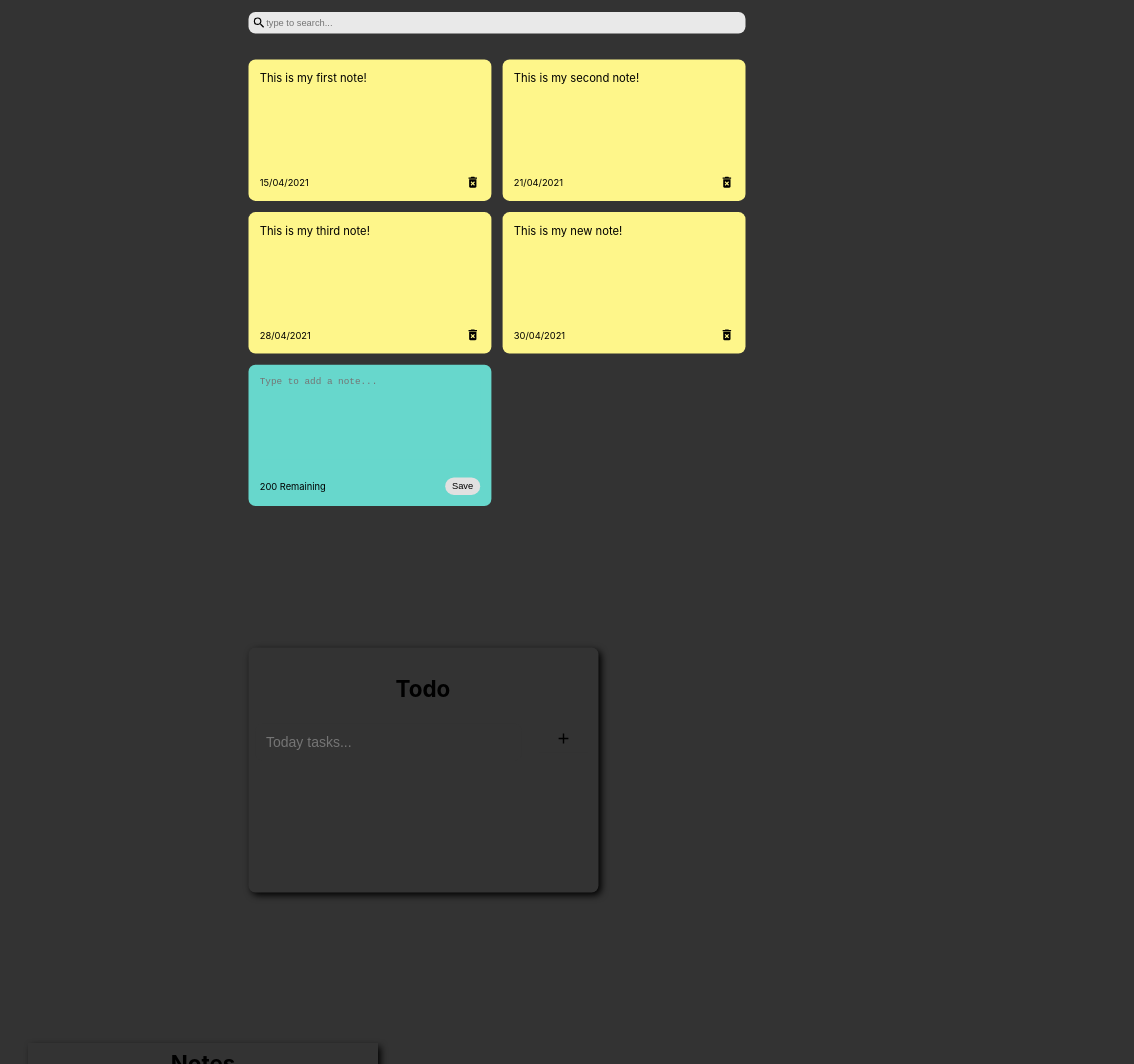
Repository: subhamRsahoo/note
Page: /
These files come from the project's save history. The page is drawn as it stood at one moment and after the next save; the edit follows.
The browser window is 1280 px wide. The page is 1620 px wide, so the pictures cover 1620 px, including what lies to the right of the window. The pictures show the part of the page from y = 0 to 1520 px (the page is 2346 px tall before and 2099 px after), at 70% of full size.
The project was rebuilt for these pictures with package versions that can differ from the ones it lists, and the page was loaded fresh each time.

Above is the page before, as saved 2021-07-15 17:33:04.

### public/index.html
<!DOCTYPE html>
<html lang="en">
  <head>
    <meta charset="utf-8" />
    <link rel="icon" href="%PUBLIC_URL%/favicon.ico" />
    <meta name="viewport" content="width=device-width, initial-scale=1" />
    <meta name="theme-color" content="#000000" />
    <meta
      name="description"
      content="Web site created using create-react-app"
    />
    <link rel="apple-touch-icon" href="%PUBLIC_URL%/logo192.png" />
    <link rel="manifest" href="%PUBLIC_URL%/manifest.json" />


    <!-- <link rel="stylesheet" href="https://cdnjs.cloudflare.com/ajax/libs/font-awesome/5.15.3/css/font-awesome.min.css"/> -->

    <!-- <link rel="stylesheet" href="https://bootswatch.com/4/materia/bootstrap.com"/> -->

    <title>React App</title>
  </head>
  <body>
    <noscript>You need to enable JavaScript to run this app.</noscript>
    <div id="root"></div>
  </body>
</html>

### src/App.js
import React from 'react'
import Hub from './components/Hub';
import Hub1 from './components/aaaa/Hub1';
import A from './components/New folder/A';

function App() {
    return (
        <div>
            <A/>
            <Hub/>
            <Hub1/>
        </div>
    )
}

export default App

### src/components/Hub.js
import React , {useState , useEffect}from "react";
import Header from "./Header";
import Form from "./Form";
import TodoList from "./TodoList";
import './App.css';


const Hub = () => {
  const initalState = JSON.parse(localStorage.getItem("todos")) || [];
  const [input ,setInput] = useState("");
  const [todos ,setTodos] = useState(initalState);
  const [editTodo , setEditTodo] = useState(null);

  useEffect(() => {
    localStorage.setItem("todos" , JSON.stringify(todos))
  }, [todos]);
  return (
    <div className="container">
      <div className="app-wrapper">
        <div>
          <Header/>
        </div>
        <div>
          <Form
          input={input}
          setInput={setInput}
          todos={todos}
          setTodos={setTodos}
          editTodo={editTodo}
          setEditTodo={setEditTodo}
          />
        </div>
        <div>
          <TodoList todos={todos} setTodos={setTodos} setEditTodo={setEditTodo}/>
        </div>
      </div>
    </div>

  );
}

export default Hub;

### src/components/aaaa/Hub1.js
import React, { Component } from 'react';
import FormDataComponent from './components/form-data.component';
class  Hub1 extends Component {
  render() {
    return (
      <div >
        <FormDataComponent />
      </div>
    );
  }
}

export default Hub1;

### src/components/New folder/A.js
import React from 'react';
import './index.css';
import App from './App';


function A() {
    return (
        <div>
            <App />
        </div>
    )
}

export default A

### src/components/Header.js
import React from 'react'

function Header() {
    return (
        <div className="header">
            <h1>Todo</h1>
        </div>
    )
}

export default Header

### src/components/Form.js
import React , {useEffect} from 'react'
import {v4 as uuidv4} from "uuid";
import AddIcon from '@material-ui/icons/Add';

 const Form =({input , setInput , todos , setTodos , editTodo , setEditTodo }) => {
     const updateTodo = (title , id, completed) =>
     {
         const newTodo = todos.map((todo)=>

             todo.id === id ? {title,id, completed} : todo
         )
         setTodos(newTodo);
         setEditTodo("");
     }
     useEffect(() =>
     {
         if(editTodo)
         {
             setInput(editTodo.title);
         }else{
             setInput("")
         }
     }, [setInput , editTodo]);

     const onInputChange= (event) =>
     {
       setInput(event.target.value);
     };

     const onFormSubmit = (event) =>
     {
        event.preventDefault();
        if(!editTodo){
            setTodos([...todos , {id:uuidv4(), title: input , completed: false}]);
            setInput("");
        }else{
            updateTodo(input , editTodo.id , editTodo.completed)
        }
     }
    return (
       <form onSubmit={onFormSubmit}>
           <input type="text" placeholder="Today tasks... " className="task-input"
           value={input} required onChange={onInputChange} limit={3}/>
           <button type="submit" className="Add">
            <AddIcon/>
           </button>
       </form>
    )
}

export default Form

### src/components/TodoList.js
import React from 'react'
import DoneIcon from '@material-ui/icons/Done';
import EditIcon from '@material-ui/icons/Edit';
import DeleteIcon from '@material-ui/icons/Delete';

const TodoList = ({todos , setTodos , setEditTodo}) => {

    const handleDelete = ({id}) =>
    {
        setTodos(todos.filter((todo) => todo.id !== id));
    }

    const handleComplete = (todo) =>
    {
        setTodos(
            todos.map((item) => {
                if(item.id === todo.id){
                    return {...item , completed: !item.completed};
                }
                return item
            })
        )
    }

    const handleEdit =({id}) =>{
        const findTodo = todos.find((todo) => todo.id === id);
        setEditTodo(findTodo);
    };
    return (
        <div>
           {todos.map((todo) => (
               <li className="list-item"  key={todo.id}>
                   <input type="text"
                     value={todo.title}
                     className={`list ${todo.completed ? "complete" : "" }`}
                     onChange={(event)=> event.preventDefault()}
                   />
                   <div>
                       <button className="button-complete task-button" onClick={() => handleComplete(todo)}>
                          <i><DoneIcon/></i>
                       </button>
                       <button className="button-edit task-button" onClick={()=> handleEdit(todo)}>
                          <i><EditIcon/></i>
                       </button>
                       <button className="button-delete task-button"  onClick={()=> handleDelete(todo)}>
                          <i><DeleteIcon/></i>
                       </button>
                   </div>
               </li>
           ))}
        </div>
    );
}

export default TodoList;

### src/components/App.css
::-webkit-scrollbar {
  width: 9px;
}
::-webkit-scrollbar-thumb {
  background-color: #a8a8a8;
}
::-webkit-scrollbar-thumb:hover {
  background: #828282;
}
::-webkit-scrollbar-track {
  background: #cccccc;
}

body {
  font-family: -apple-system, BlinkMacSystemFont, 'Segoe UI', 'Roboto', 'Oxygen',
    'Ubuntu', 'Cantarell', 'Fira Sans', 'Droid Sans', 'Helvetica Neue',
    sans-serif;
  -webkit-font-smoothing: antialiased;
  -moz-osx-font-smoothing: grayscale;
  background: #333;
}

code {
  font-family: source-code-pro, Menlo, Monaco, Consolas, 'Courier New',
    monospace;
}


*
{
  margin: 0;
  padding: 0;
}

.container
{
  margin-top: 10px;
  width: 100%;
  min-height: 55vh;
  display: grid;
  justify-content: left;
  /* margin-left: 40px; */
  margin-right: 300px;
  align-items: center;
  position: relative;
  box-sizing: border-box;
  left: 40px;
}

.app-wrapper
{
  background-color: #333;
  width: 500px;
  min-height: 350px;
  padding: 10px;
  box-sizing: border-box;
  border-radius: 10px;
  box-shadow: 4px 4px 10px #000;
  /* margin-bottom: 150px; */

}

.header h1
{
  color: black;
  text-align: left;
  margin: 30px 0;
  margin-left: 200px;
}

.task-input
{
  outline: none;
  width: 350px;
  padding: 15px;
  margin-right: 25px;
  font-size: 20px;
  color: white;
  background-color: #333;
  border: none;
  border-radius: 10px;
}

.task-input:hover
{
  box-shadow: 6px 4px 10px #000;
}

.Add
{
  width: 70px;
  padding: 5px 5px;
  border: 0;
  cursor: pointer;
  border-style: transparent;
  background-color: #333;
}

.Add:hover
{
  border-radius: 10px;
  box-shadow: 6px 4px 10px #000;
}

.list-item
{
  display: flex;
  margin: 20px 0;
  border: none;
  border-radius: 10px;
  padding: 7px;
  max-height: 20px;
}

.list-item:hover
{
  box-shadow: 6px 4px 10px #000;
}

.button-complete,
.button-delete,
.button-edit
{
  border: none;
  outline: none;
  cursor: pointer;
  background-color: transparent;
  font-size: 20px;
  border-radius: 50%;
}

.button-complete
{
  color: #ff6c6c;
  margin-right: 10px;
  margin-left: 70px;
}

.button-edit
{
  color: #e2d029;
  margin-right: 10px;
}

.button-delete
{
  color: lightseagreen;
}

.complete
{
  text-decoration-style: solid;
  text-decoration-line: line-through;
  text-decoration-color: #ff6c6c;
  opacity: 0.6;
}

.list
{
  width: 250px;
  background-color: #333;
  border: none;
  color: wheat;
  font-size: 20px;
  padding-left: 10px;
  margin-right: 15px;
}

input:focus,
button:focus
{
  outline: none;
}

@media screen and (max-width:768px)
{
  .container
  {
    left : 120px;
  }
  .app-wrapper
  {

    min-width: 400px;
    min-height: 260px;
    /* margin-top: 15px; */
  }
}

@media screen and (max-width:540px)
{
  .container
  {
    left: 40px;
  }
}

@media screen and (max-width: 1020px)
{
  .app-wrapper
  {
    min-width: 200px;
    min-height: 260px;
    margin-top: 15px;
  }
}

### src/components/aaaa/components/form-data.component.js
import React, { Component } from 'react';
import './design.css';
export default class FormDataComponent extends Component {
    userData;

    constructor(props) {
        super(props);

        this.onChangeName = this.onChangeName.bind(this);
        this.onChangeName1 = this.onChangeName1.bind(this);
        this.onChangeName2 = this.onChangeName2.bind(this);
        this.onSubmit = this.onSubmit.bind(this);

        this.state = {
            name: '',
            name1: '',
            name2: ''
        }
    }

    // Form Values
    onChangeName(e) {
        this.setState({ name: e.target.value })
    }

    onChangeName1(e) {
        this.setState({ name1: e.target.value })
    }

    onChangeName2(e) {
        this.setState({ name2: e.target.value })
    }


    // React Life Cycle
    componentDidMount() {
        this.userData = JSON.parse(localStorage.getItem('user'));

        if (localStorage.getItem('user')) {
            this.setState({
                name: this.userData.name,
                name1: this.userData.name1,
                name2: this.userData.name2
            })
        } else {
            this.setState({
                name: '',
                name1: '',
                name2: ''
            })
        }
    }

    componentWillUpdate(nextProps, nextState) {
        localStorage.setItem('user', JSON.stringify(nextState));
    }

    onSubmit(e) {
        e.preventDefault()
        console.log(this.state.props)
    }


    render() {
        return (

                <form className="form" onSubmit={this.onSubmit}>
                    <div className="contain">
                        <h1>Notes</h1>
                        <textarea type="text" placeholder="let's grow in life..." className="text1" value={this.state.name} onChange={this.onChangeName} />
                        {/* <button type="submit" className="btn1">Save</button> */}
                    </div>


                    <div className="contain1">
                        <h2>WHAT I LEARNED FROM TODAY?</h2>
                        <textarea type="text" placeholder="What i learned from today noenough for Tomorrow" className="text2" value={this.state.name1} onChange={this.onChangeName1} />
                        {/* <button type="submit" className="btn2">Save</button> */}
                    </div>

                    <div className="contain2">
                        <h2>HOW CAN I MAKE TOMORROW BETTER?</h2>
                        <textarea type="text" placeholder="let's change the lifestyle" className="text3" value={this.state.name2} onChange={this.onChangeName2} />
                        {/* <button type="submit" className="btn3">Save</button> */}
                    </div>
                </form>

        )
    }
}

### src/components/New folder/index.css
body {
	margin: 0;
	font-family: -apple-system, BlinkMacSystemFont, 'Segoe UI',
		'Roboto', 'Oxygen', 'Ubuntu', 'Cantarell', 'Fira Sans',
		'Droid Sans', 'Helvetica Neue', sans-serif;
	-webkit-font-smoothing: antialiased;
	-moz-osx-font-smoothing: grayscale;
}

code {
	font-family: source-code-pro, Menlo, Monaco, Consolas,
		'Courier New', monospace;
}

.header {
	display: flex;
	align-items: center;
	justify-content: space-between;
}

.dark-mode {
	background-color: black;
}

.dark-mode h1 {
	color: white;
}

.container {
	min-width: 1260px;
	/* margin-right: auto; */
	margin-left: 300px;
	padding-right: 15px;
	padding-left: 15px;
	min-height: 100vh;
}

.notes-list {
	display: grid;
	grid-gap: 1rem;
	grid-template-columns: repeat(
		auto-fill,
		minmax(250px, 1fr)
	);
}

.note.new {
	background-color: #67d7cc;
}

textarea {
	border: none;
	resize: none;
	background-color: #67d7cc;
}

textarea:focus {
	outline: none;
}

.save {
	background-color: #e1e1e1;
	border: none;
	border-radius: 15px;
	padding: 5px 10px 5px 10px;
}

.save:hover {
	background-color: #ededed;
	cursor: pointer;
}

.note {
	background-color: #fef68a;
	border-radius: 10px;
	padding: 1rem;
	min-height: 170px;
	display: flex;
	flex-direction: column;
	justify-content: space-between;
	white-space: pre-wrap;
}

.note-footer {
	display: flex;
	align-items: center;
	justify-content: space-between;
}

.delete-icon {
	cursor: pointer;
}

.search {
	display: flex;
	align-items: center;
	background-color: rgb(233, 233, 233);
	width: 700px;
	border-radius: 10px;
	padding: 5px;
	margin-bottom: 1.5em;
}

.search input {
	border: none;
	background-color: rgb(233, 233, 233);
	width: 100%;
}

.search input:focus {
	outline: none;
}

### src/components/New folder/App.js
import { useState, useEffect } from 'react';
import { nanoid } from 'nanoid';
import NotesList from './components/NotesList';
import Search from './components/Search';

const App = () => {
	const [notes, setNotes] = useState([
		{
			id: nanoid(),
			text: 'This is my first note!',
			date: '15/04/2021',
		},
		{
			id: nanoid(),
			text: 'This is my second note!',
			date: '21/04/2021',
		},
		{
			id: nanoid(),
			text: 'This is my third note!',
			date: '28/04/2021',
		},
		{
			id: nanoid(),
			text: 'This is my new note!',
			date: '30/04/2021',
		},
	]);

	const [searchText, setSearchText] = useState('');

	useEffect(() => {
		const savedNotes = JSON.parse(
			localStorage.getItem('react-notes-app-data')
		);

		if (savedNotes) {
			setNotes(savedNotes);
		}
	}, []);

	useEffect(() => {
		localStorage.setItem(
			'react-notes-app-data',
			JSON.stringify(notes)
		);
	}, [notes]);

	const addNote = (text) => {
		const date = new Date();
		const newNote = {
			id: nanoid(),
			text: text,
			date: date.toLocaleDateString(),
		};
		const newNotes = [...notes, newNote];
		setNotes(newNotes);
	};

	const deleteNote = (id) => {
		const newNotes = notes.filter((note) => note.id !== id);
		setNotes(newNotes);
	};

	return (
		<div >
			<div className='container'>
				<Search handleSearchNote={setSearchText} />
				<NotesList
					notes={notes.filter((note) =>
						note.text.toLowerCase().includes(searchText)
					)}
					handleAddNote={addNote}
					handleDeleteNote={deleteNote}
				/>
			</div>
		</div>
	);
};

export default App;

### src/components/aaaa/components/design.css
.form
{
    width: 100%;
    height: 250px;
    display: grid;
    margin: 0;
    padding: 0;
}


.contain
{
    display: grid;
    width: 500px;
    left: 40px;
    top: 30px;
    bottom: 10px;
    box-shadow: 4px 4px 10px #000;
    position: relative;
    box-sizing: border-box;

}

.text1
{
    margin-top: 10px;
   width: 400px;
   height: 197px;
   margin-left: 40px;
   background-color: #333;
   border-style: none;
   color: white;
   border-style: none;
   font-size: 20px;
   margin-bottom: 20px;
}

.text1:hover
{
    box-shadow: 4px 4px 10px #000;
}

.contain h1
{
    margin-top: 10px;
   text-align: center;
}

/* .btn1
{
    background-color: #333;
    margin-left: 70px;
    text-decoration-color: white;
    border-style: none;
    color: white;
    cursor: pointer;
    margin-bottom: 10px;
    padding: 8px 8px;
    border-radius: 10px;
}

.btn1:hover
{
    box-shadow: 4px 4px 10px #000;
    padding: 8px 8px;
} */


.contain1
{
    width: 500px;
    top: 50px;
    left: 40px;
    box-shadow: 4px 4px 10px #000;
    position: relative;
    box-sizing: content-box;
    display: grid;
}

.text2
{
    margin-top: 10px;
    width: 400px;
    height: 197px;
    margin-left: 40px;
    background-color: #333;
    border-style: none;
    color: white;
    border-style: none;
    font-size: 20px;
    margin-bottom: 20px;
}

.text2:hover
{
    box-shadow: 4px 4px 10px #000;
}


.contain1 h2
{
    margin-top: 10px;
   text-align: center;
}

/* .btn2
{
    background-color: #333;
    margin-left: 70px;
    text-decoration-color: white;
    border-style: none;
    color: white;
    cursor: pointer;
    margin-bottom: 10px;
    padding: 8px 8px;
    border-radius: 10px;
}

.btn2:hover
{
    box-shadow: 4px 4px 10px #000;
    padding: 8px 8px;
} */

.contain2
{
   width: 500px;
    margin-top: 620px;
    margin-left: 40px;
    /* bottom: 630px; */
    box-shadow: 4px 4px 10px #000;
    position: absolute;
    box-sizing:border-box;
    display: grid;
}

.text3
{
    margin-top: 10px;
    width: 400px;
    height: 197px;
    margin-left: 40px;
    background-color: #333;
    border-style: none;
    color: white;
    border-style: none;
    font-size: 20px;
    margin-bottom: 20px;
}

.text3:hover
{
    box-shadow: 4px 4px 10px #000;
}


.contain2 h2
{
    margin-top: 10px;
   text-align: center;
}

/* .btn3
{
    background-color: #333;
    margin-left: 70px;
    text-decoration-color: white;
    border-style: none;
    color: white;
    cursor: pointer;
    margin-bottom: 10px;
    padding: 8px 8px;
    border-radius: 10px;
}

.btn3:hover
{
    box-shadow: 4px 4px 10px #000;
    padding: 8px 8px;
} */

@media screen and (max-width:768px)
{
    .contain
    {
        left: 80px;
    }
    .contain1
    {
        left: 80px;
    }
    .contain2
    {
        left: 80px;
    }
}

@media screen and (max-width: 540px)
{
    .contain
    {
        left: 0;
    }
    .contain1
    {
        left: 0px;
    }
    .contain2
    {
        left: 0px;
    }
}

### src/components/New folder/components/AddNote.js
import { useState } from 'react';

const AddNote = ({ handleAddNote }) => {
	const [noteText, setNoteText] = useState('');
	const characterLimit = 200;

	const handleChange = (event) => {
		if (characterLimit - event.target.value.length >= 0) {
			setNoteText(event.target.value);
		}
	};

	const handleSaveClick = () => {
		if (noteText.trim().length > 0) {
			handleAddNote(noteText);
			setNoteText('');
		}
	};

	return (
		<div className='note new'>
			<textarea
				rows='8'
				cols='10'
				placeholder='Type to add a note...'
				value={noteText}
				onChange={handleChange}
			></textarea>
			<div className='note-footer'>
				<small>
					{characterLimit - noteText.length} Remaining
				</small>
				<button className='save' onClick={handleSaveClick}>
					Save
				</button>
			</div>
		</div>
	);
};

export default AddNote;

Loaded but not shown: src/index.js (common file); src/components/New folder/components/NotesList.js (common file); src/components/New folder/components/Search.js (common file); src/components/New folder/components/Note.js (common file)

After the next save:
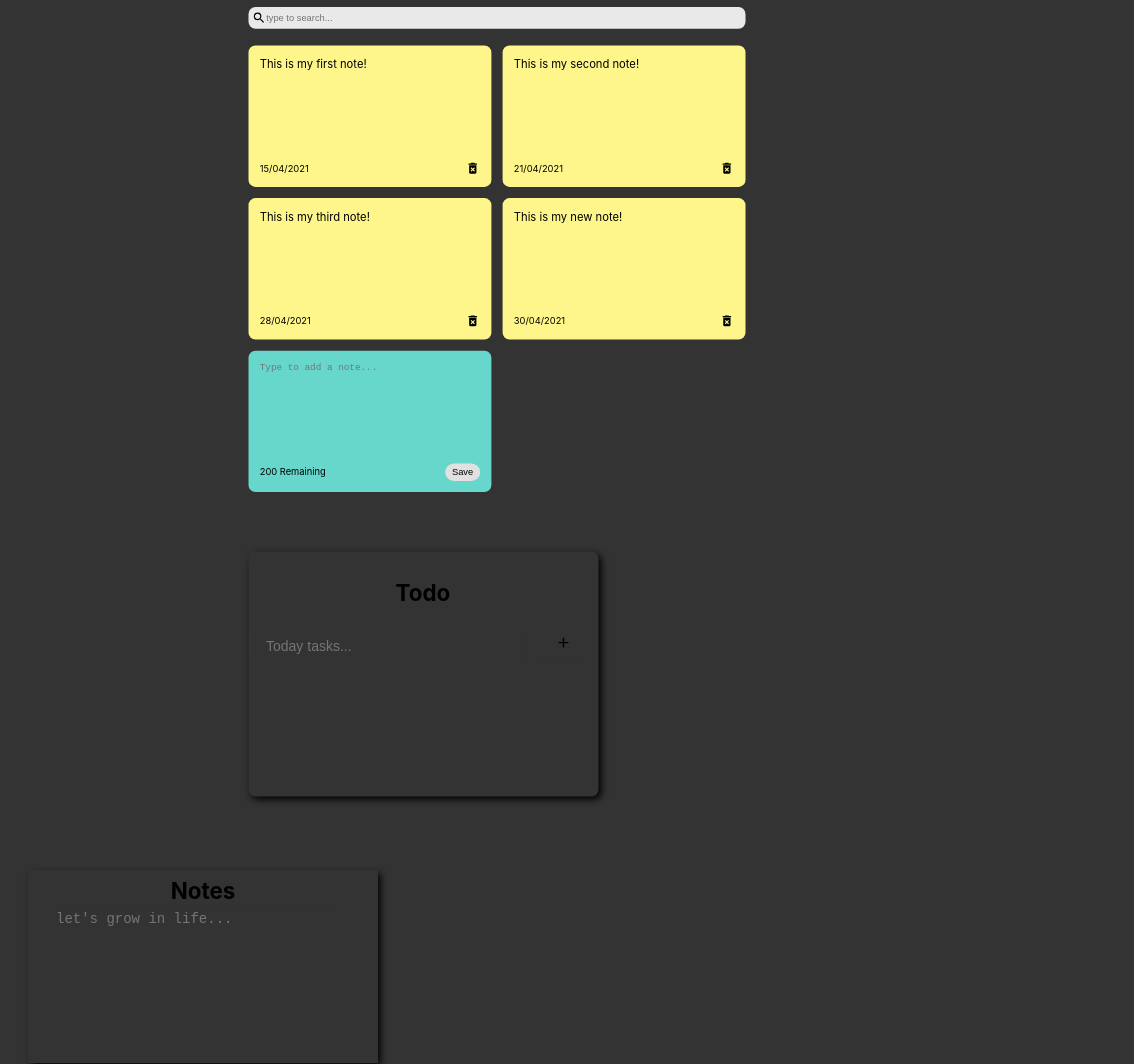
Saved 31 s later.
--- a/src/components/New folder/index.css
+++ b/src/components/New folder/index.css
@@ -32,7 +32,7 @@ code {
 	margin-left: 300px;
 	padding-right: 15px;
 	padding-left: 15px;
-	min-height: 100vh;
+	min-height: 500px;
 }
 
 .notes-list {
